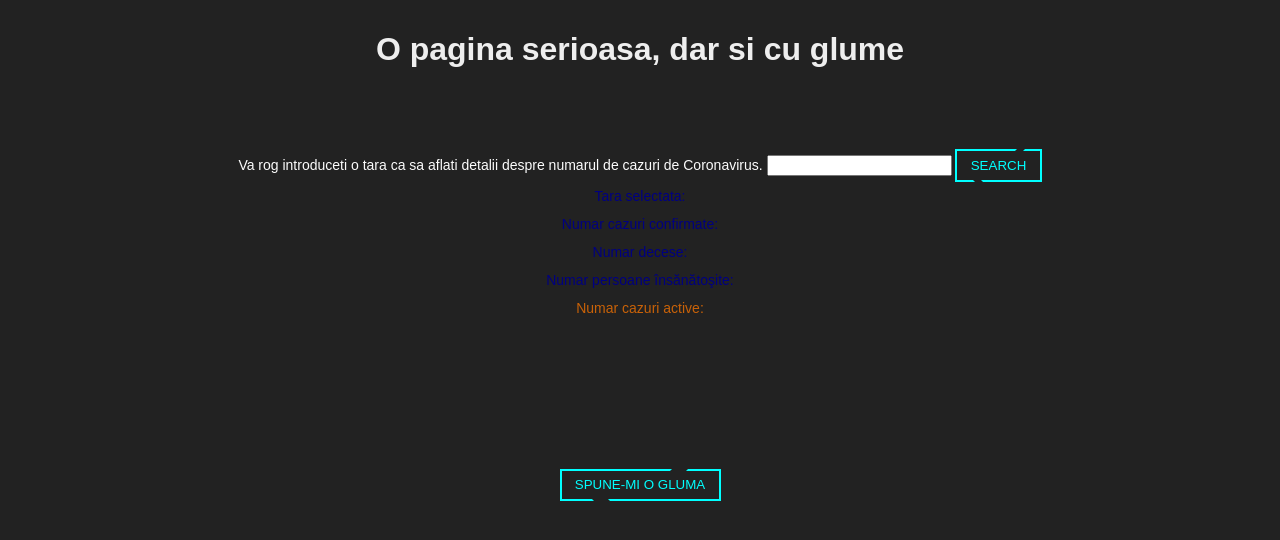
Repository: vladturturica97/proiect-cc2
Page: server/frontend/index.html
The author's editor kept a record of every edit. The page is drawn from the files as they stood at one moment, then again after the next edit.
The browser window is 1280 px wide. The pictures show the whole page.

Above is the page before.

### server/frontend/index.html
<html>
<head>
    <style type="text/css">
        body {
            display: flex;
          flex-direction: column;
          height: 93vh;
          justify-content: center;
          align-items: center;
          background: #222;
          color: #eee;
          font-family: "Dosis", sans-serif;

        }

        .spoiler, .spoiler2{
            color: black;
            background-color:black;
        }

        .spoiler:hover{
            color: white;
        }

        .spoiler2:hover {
            background-color:white;
        }
        .underlined-a {
              text-decoration: none;
              color: aqua;
              padding-bottom: 0.15em;
              box-sizing: border-box;
              box-shadow: inset 0 -0.2em 0 aqua;
              transition: 0.2s;
        }
        .underlined-a:hover {
            color: #222;
            box-shadow: inset 0 -2em 0 aqua;
            transition: all 0.45s cubic-bezier(0.86, 0, 0.07, 1);
        }

        .brk-btn {
  position: relative;
  background: none;
  color: aqua;
  text-transform: uppercase;
  text-decoration: none;
  border: 0.2em solid aqua;
  padding: 0.5em 1em;

    }


  .brk-btn:before {
    content: "";
    display: block;
    position: absolute;
    width: 10%;
    background: #222;
    height: 0.3em;
    right: 20%;
    top: -0.21em;
    transform: skewX(-45deg);
    -webkit-transition: all 0.45s cubic-bezier(0.86, 0, 0.07, 1);
    transition: all 0.45s cubic-bezier(0.86, 0, 0.07, 1);
  }
  .brk-btn:after {
    content: "";
    display: block;
    position: absolute;
    width: 10%;
    background: #222;
    height: 0.3em;
    left: 20%;
    bottom: -0.25em;
    transform: skewX(45deg);
    -webkit-transition: all 0.45 cubic-bezier(0.86, 0, 0.07, 1);
    transition: all 0.45s cubic-bezier(0.86, 0, 0.07, 1);
  }
  .brk-btn:hover::before {
      right: 80%;
    }
   .brk-btn:hover::after {
      left: 80%;
    }

    p {
	font-size: 14;
	font-weight: 400;
	line-height: 2;
	margin-bottom: 1.5em;
	color: #fcfcfc;
	text-align: center;
    }
    /*h1 {
	font-size: calc(2.8em + 2.6vw);
	font-weight: 700;
	letter-spacing: .01em;
	padding: 10rem 0 0 4.5rem;
	text-shadow: .022em .022em .022em #111;
	color: #fff;
    }*/
    header {
    position: absolute;
      left: 50%;
      top: 50px;
      transform: translate(-50%, -50%);
      width: 600px;
      text-align: center;
    }
  </style>
</head>
<header><h1>O pagina serioasa, dar si cu glume</h1></header>
<body>


<script>
    function isEmpty(obj) {
        for(var key in obj) {
            if(obj.hasOwnProperty(key))
                return false;
            }
                return true;
    }

    function readCovidJson(){
            if(this.readyState == 4 && this.status == 200){
                var jsonn = JSON.parse(this.responseText);
                if(isEmpty(jsonn)){
                    window.alert("Tara invalida");
                }
                else {
                    var lastElement = jsonn[jsonn.length-1];
                    var country = lastElement.Country;
                    document.getElementById('country').innerHTML = country;

                    var confirmed = lastElement.Confirmed;
                    document.getElementById('confirmed').innerHTML = confirmed;

                    var deaths = lastElement.Deaths;
                    document.getElementById('deaths').innerHTML = deaths;

                    var recovered = lastElement.Recovered;
                    document.getElementById('recovered').innerHTML = recovered;

                    var active = lastElement.Active;
                    document.getElementById('active').innerHTML = active;
                }
            }
    }

    function importCountry(){
        var countryInput = document.getElementById("countryInput").value;

        var xhr = new XMLHttpRequest();
        xhr.overrideMimeType("application/json");
        xhr.onreadystatechange = readCovidJson;
        xhr.open("POST", "/country", true);
        xhr.setRequestHeader('Content-Type', 'application/json;charset=UTF-8');
        xhr.send(JSON.stringify({country: countryInput}));
        console.log(xhr);

    }

    function readJoke(){
            if(this.readyState == 4 && this.status == 200){
                var jsonn = JSON.parse(this.responseText);
                var jokeSetup = jsonn[0].setup;
                document.getElementById('jokeSetup').innerHTML = jokeSetup;

                var jokePunchline = jsonn[0].punchline;
                document.getElementById('jokePunchline').innerHTML = jokePunchline;
                }
    }

    function importJoke(){
        var xhr = new XMLHttpRequest();
        xhr.overrideMimeType("application/json");
        xhr.onreadystatechange = readJoke;
        xhr.open("POST", "/joke", true);
        xhr.setRequestHeader('Content-Type', 'application/json;charset=UTF-8');
        xhr.send(null);
    }
</script>

<p>
Va rog introduceti o tara ca sa aflati detalii despre numarul de cazuri de Coronavirus.
<input type="text" id="countryInput" name="search">
<button onclick="importCountry()" class="brk-btn">Search</button><br>

        <label style="color:#000080" > Tara selectata: </label>
        <label id="country" class="underlined-a">  </label><br>
        <label style="color:#000080" > Numar cazuri confirmate: </label>
        <label id="confirmed" class="underlined-a">  </label><br>
        <label style="color:#000080" > Numar decese: </label>
        <label id="deaths" class="underlined-a">  </label><br>
        <label style="color:#000080"> Numar persoane însănătoşite: </label>
        <label id="recovered" class="underlined-a">  </label><br>
        <label style="color:#c96208"> Numar cazuri active: </label>
        <label id="active" class="underlined-a" >  </label><br><br><br><br><br>
    </p>

    <p>
        <button onclick="importJoke()" class="brk-btn">Spune-mi o gluma</button><br>
        <label id="jokeSetup"> </label><br>
        <span class="spoiler2"> <label id="jokePunchline">              </label> </span>
    </p>
</body>
</html>

After the next edit:
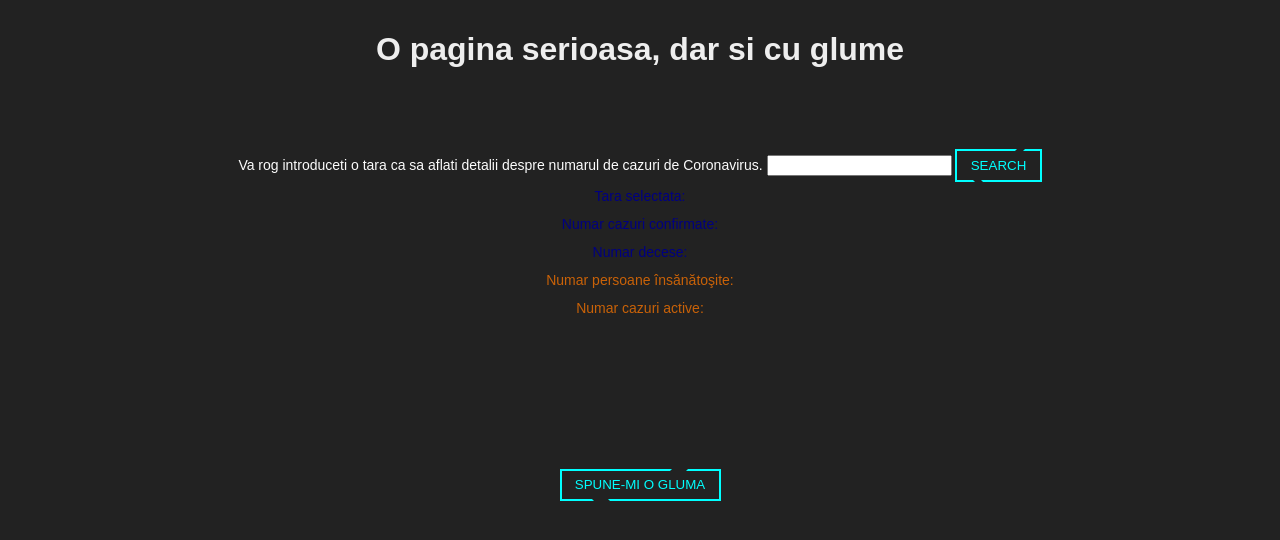
The edit:
--- a/server/frontend/index.html
+++ b/server/frontend/index.html
@@ -194,7 +194,7 @@
         <label id="confirmed" class="underlined-a">  </label><br>
         <label style="color:#000080" > Numar decese: </label>
         <label id="deaths" class="underlined-a">  </label><br>
-        <label style="color:#000080"> Numar persoane însănătoşite: </label>
+        <label style="color:#c96208"> Numar persoane însănătoşite: </label>
         <label id="recovered" class="underlined-a">  </label><br>
         <label style="color:#c96208"> Numar cazuri active: </label>
         <label id="active" class="underlined-a" >  </label><br><br><br><br><br>
